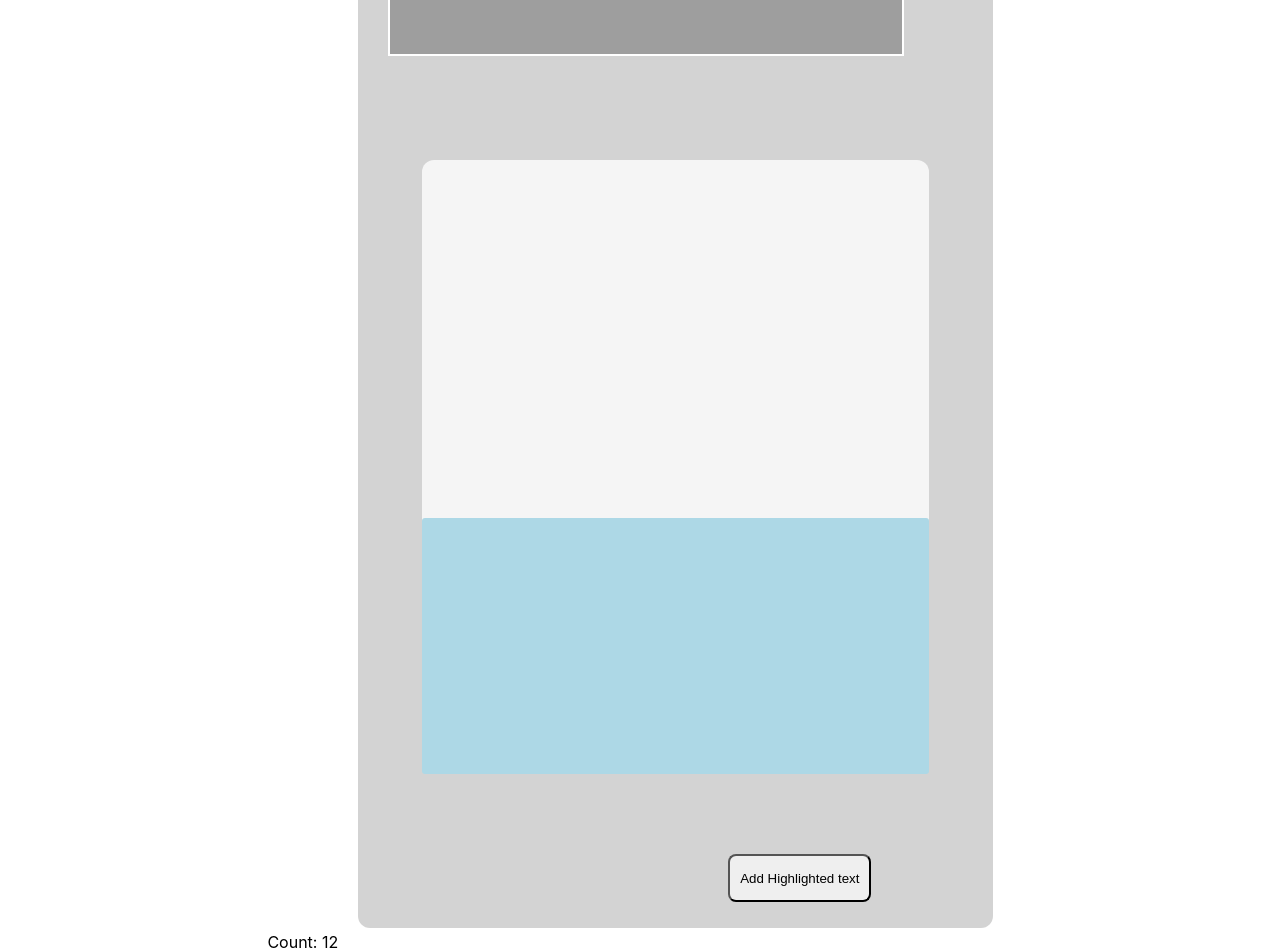
Repository: Farbod29/React-text-highlighter-with-hook-
Page: /
The author's editor kept a copy of each file at every save. The page is drawn from the files as they stood at one save, then again after the next save.
The browser window is 1280 px wide. The pictures show the part of the page from y = 372 to 1324 px (the page is 1324 px tall).
Pictures or frames that could not be fetched are drawn as grey boxes. The project was rebuilt for these pictures with package versions that can differ from the ones it lists, and the page was loaded fresh each time.

Above is the page before, as saved 2022-02-18 23:15:02.

After the next save:
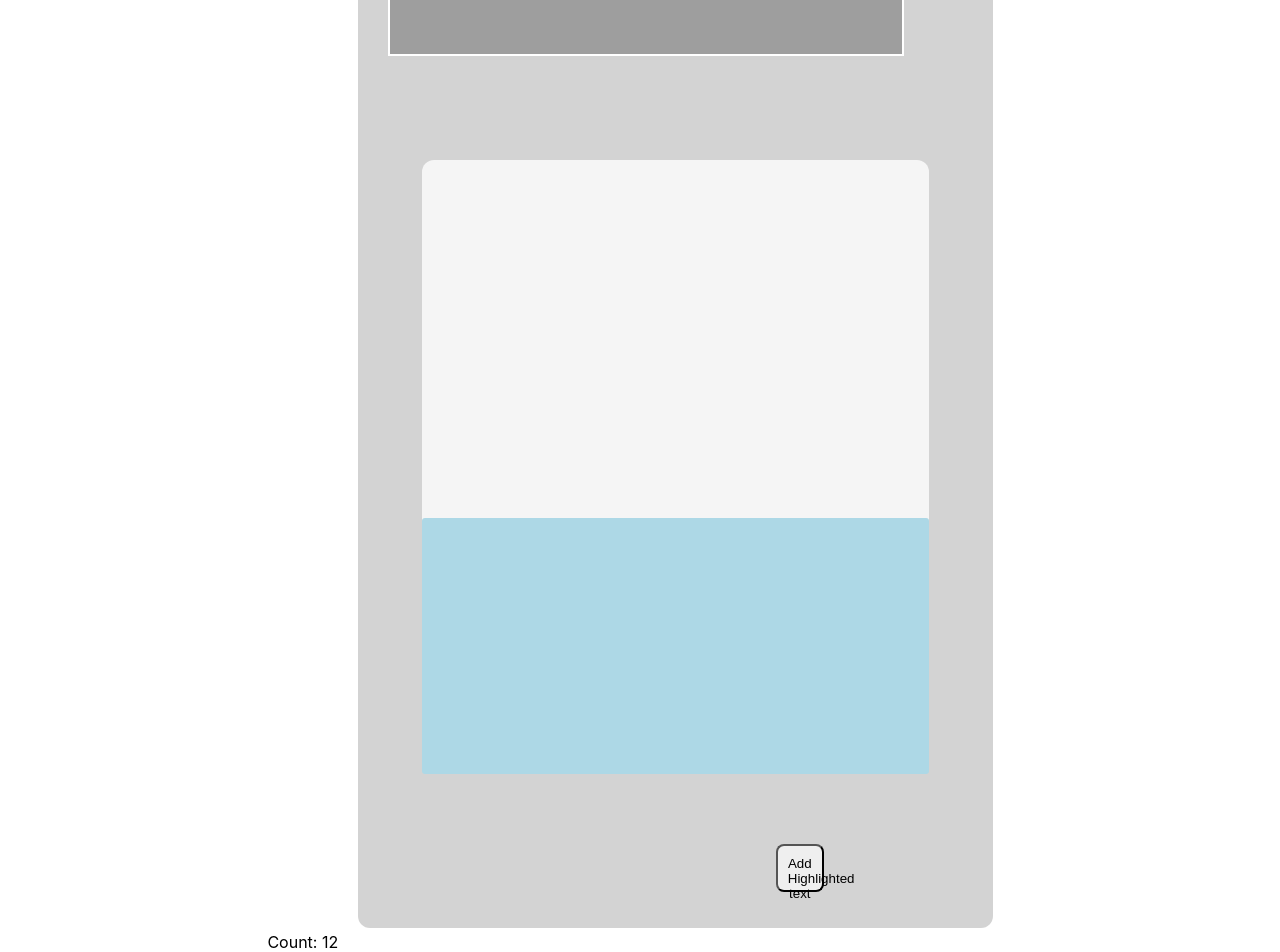
Saved 25 s later.
--- a/src/highlighter.js
+++ b/src/highlighter.js
@@ -75,7 +75,12 @@ export default function Highlighter() {
           }}
         >
           <button
-            style={{ padding: '10px', borderRadius: '8px', height: '48px' }}
+            style={{
+              padding: '10px',
+              borderRadius: '8px',
+              height: '48px',
+              width: '48px',
+            }}
             onClick={() => setCount(12)}
           >
             {' '}
